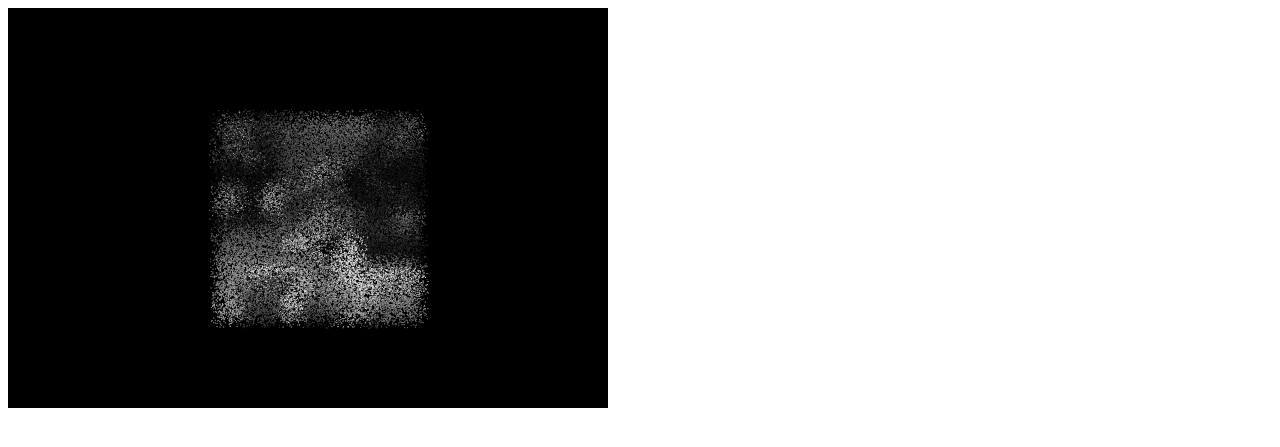
Repository: nishuiwei/nishuiwei.github.io
Page: demo_01.html
An editor plug-in stored every save of this project. The page is shown before and after a run of saves, followed by the edit.
The browser window is 1280 px wide. The pictures show the whole page.

Above is the page before, as saved 2019-12-19 14:41:25.

### demo_01.html
<!DOCTYPE html>
<html>

<head lang="en">
  <meta charset="UTF-8">
  <title></title>
</head>

<body>
  <canvas id="myCanvas" width="600" height="400" style="background:#000">浏览器不支持canvas</canvas>
</body>
<script type="text/javascript">
  var canvas = document.getElementById("myCanvas");
  var ctx = canvas.getContext("2d");

  var image = new Image();
  image.src = 'bg1.jpg';

  var pixels = []; //存储像素数据
  var imageData;
  image.onload = function () {
    ctx.drawImage(image, 200, 100, 200, 200);
    imageData = ctx.getImageData(200, 100, 200, 200); //获取图表像素信息
    getPixels(); //获取所有像素
    drawPic(); //绘制图像

  };

  function getPixels() {
    var pos = 0;
    var data = imageData.data; //RGBA的一维数组数据
    //源图像的高度和宽度为200px
    for (var i = 1; i <= 200; i++) {
      for (var j = 1; j <= 200; j++) {
        pos = [(i - 1) * 200 + (j - 1)] * 4; //取得像素位置
        if (data[pos] >= 0) {
          var pixel = {
            x: 200 + j + Math.random() * 20, //重新设置每个像素的位置信息
            y: 100 + i + Math.random() * 20, //重新设置每个像素的位置信息
            fillStyle: 'rgba(' + data[pos] + ',' + (data[pos + 1]) + ',' + (data[pos + 2]) + ',' + (data[pos + 3]) +
              ')'
          }
          pixels.push(pixel);
        }

      }
    }
  }

  function drawPic() {
    var canvas = document.getElementById("myCanvas");
    var ctx = canvas.getContext("2d");
    ctx.clearRect(0, 0, 600, 400);
    var len = pixels.length,
      curr_pixel = null;
    for (var i = 0; i < len; i++) {
      curr_pixel = pixels[i];
      ctx.fillStyle = curr_pixel.fillStyle;
      ctx.fillRect(curr_pixel.x, curr_pixel.y, 1, 1);
    }
  }
</script>

</html>

After the next 2 saves:
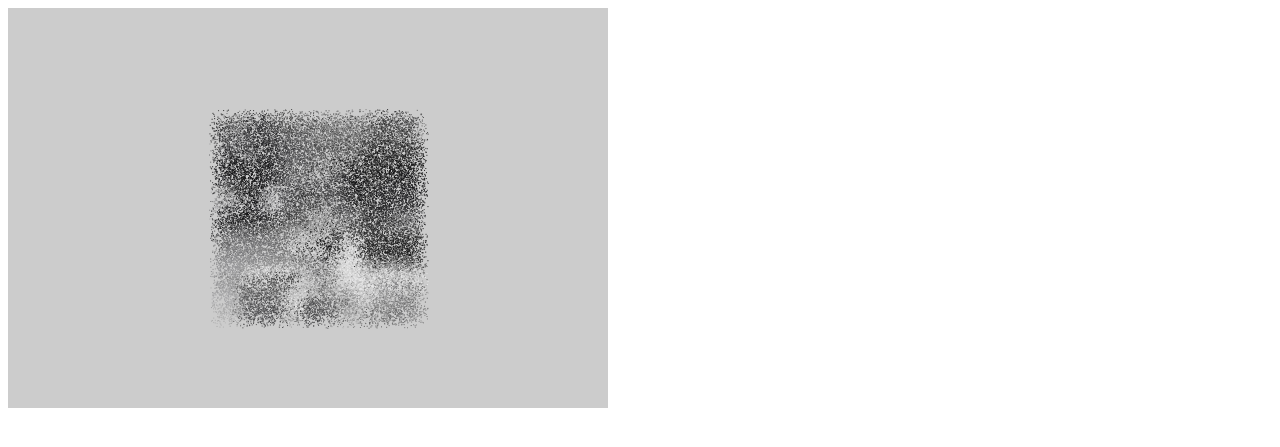
The 2 saves are shown as one change because they came seconds apart.
The last was saved 67 min 14 s later.
--- a/demo_01.html
+++ b/demo_01.html
@@ -7,7 +7,7 @@
 </head>
 
 <body>
-  <canvas id="myCanvas" width="600" height="400" style="background:#000">浏览器不支持canvas</canvas>
+  <canvas id="myCanvas" width="600" height="400" style="background:#ccc">浏览器不支持canvas</canvas>
 </body>
 <script type="text/javascript">
   var canvas = document.getElementById("myCanvas");

After the save that followed:
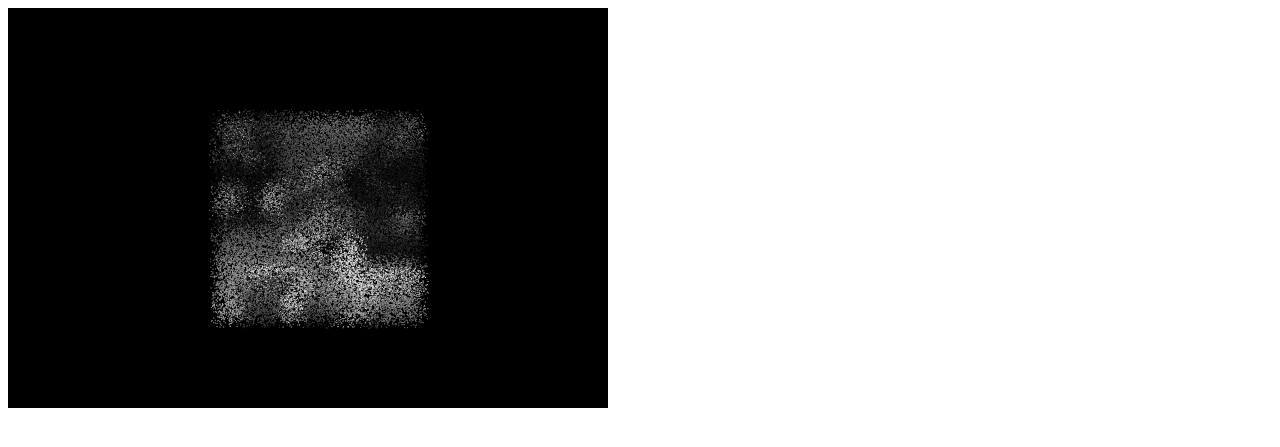
Saved 5 s later.
--- a/demo_01.html
+++ b/demo_01.html
@@ -7,7 +7,7 @@
 </head>
 
 <body>
-  <canvas id="myCanvas" width="600" height="400" style="background:#ccc">浏览器不支持canvas</canvas>
+  <canvas id="myCanvas" width="600" height="400" style="background:#000">浏览器不支持canvas</canvas>
 </body>
 <script type="text/javascript">
   var canvas = document.getElementById("myCanvas");
